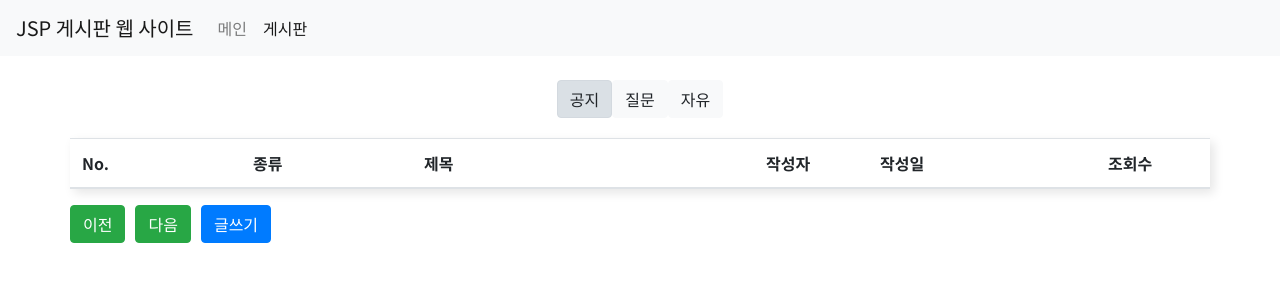
Repository: hz6450/2024-summer-jsp-notice-project
Page: http://localhost/BBS/BBS-QUESTION.jsp
An editor plug-in stored every save of this project. The page is shown before and after the next save, followed by the edit.
The browser window is 1280 px wide. The pictures show the whole page.
Some web fonts or font styles are not loaded; a fallback is used. Some web libraries are served in a nearby version. The page is served by Tomcat 10. Queries for data that is not in the repository find no rows.

Above is the page before, as saved 2024-07-16 04:39:48.

After the next save:
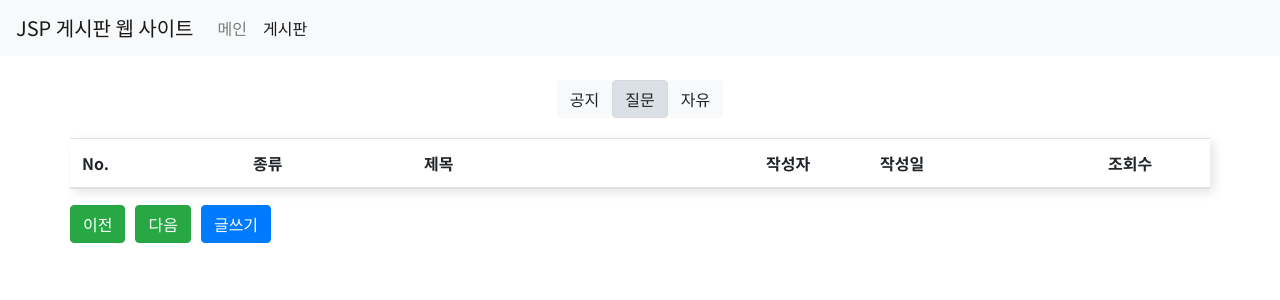
Saved 8 s later.
--- a/projects/BBS/src/main/webapp/BBS-QUESTION.jsp
+++ b/projects/BBS/src/main/webapp/BBS-QUESTION.jsp
@@ -72,8 +72,8 @@
     <div class="container mt-4">
 
         <div class="btn-container">
-            <button type="button" class="btn btn-light active" onclick="location.href='BBS.jsp'">공지</button>
-            <button type="button" class="btn btn-light" onclick="location.href='BBS-QUESTION.jsp'">질문</button>
+            <button type="button" class="btn btn-light" onclick="location.href='BBS.jsp'">공지</button>
+            <button type="button" class="btn btn-light active" onclick="location.href='BBS-QUESTION.jsp'">질문</button>
             <button type="button" class="btn btn-light" onclick="location.href='BBS-FREE.jsp'">자유</button>
         </div>
 
